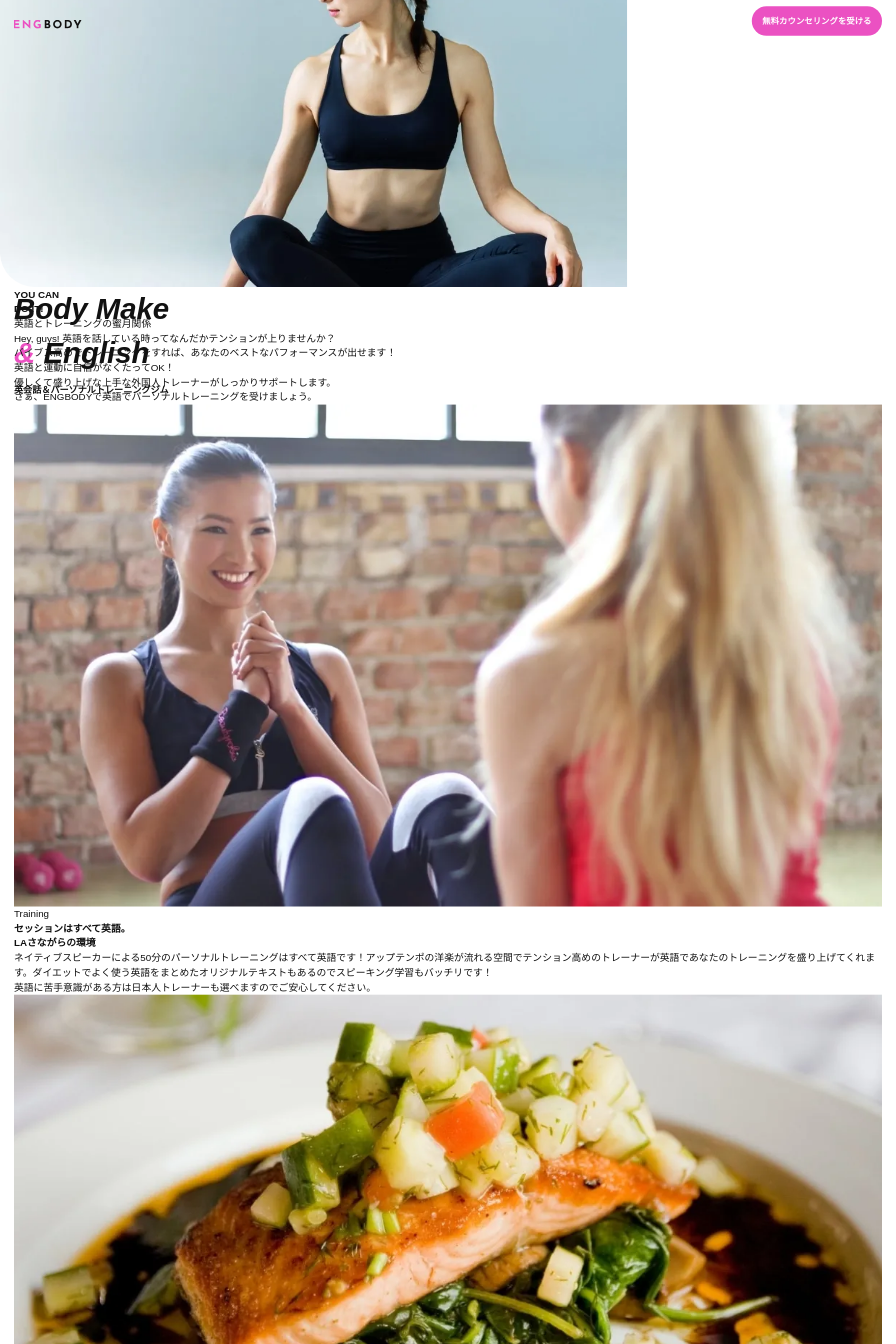
Repository: tetishi/engbody
Page: index.html
An editor plug-in stored every save of this project. The page is shown before and after the next save, followed by the edit.
The browser window is 1280 px wide. The pictures show the part of the page from y = 0 to 1920 px (the page is 12355 px tall), at 70% of full size.
The style sheet was rebuilt from its Sass, Less or Tailwind sources for each picture, by a compiler version that may differ from the author's.

Above is the page before, as saved 2023-07-26 00:19:00.

After the next save:
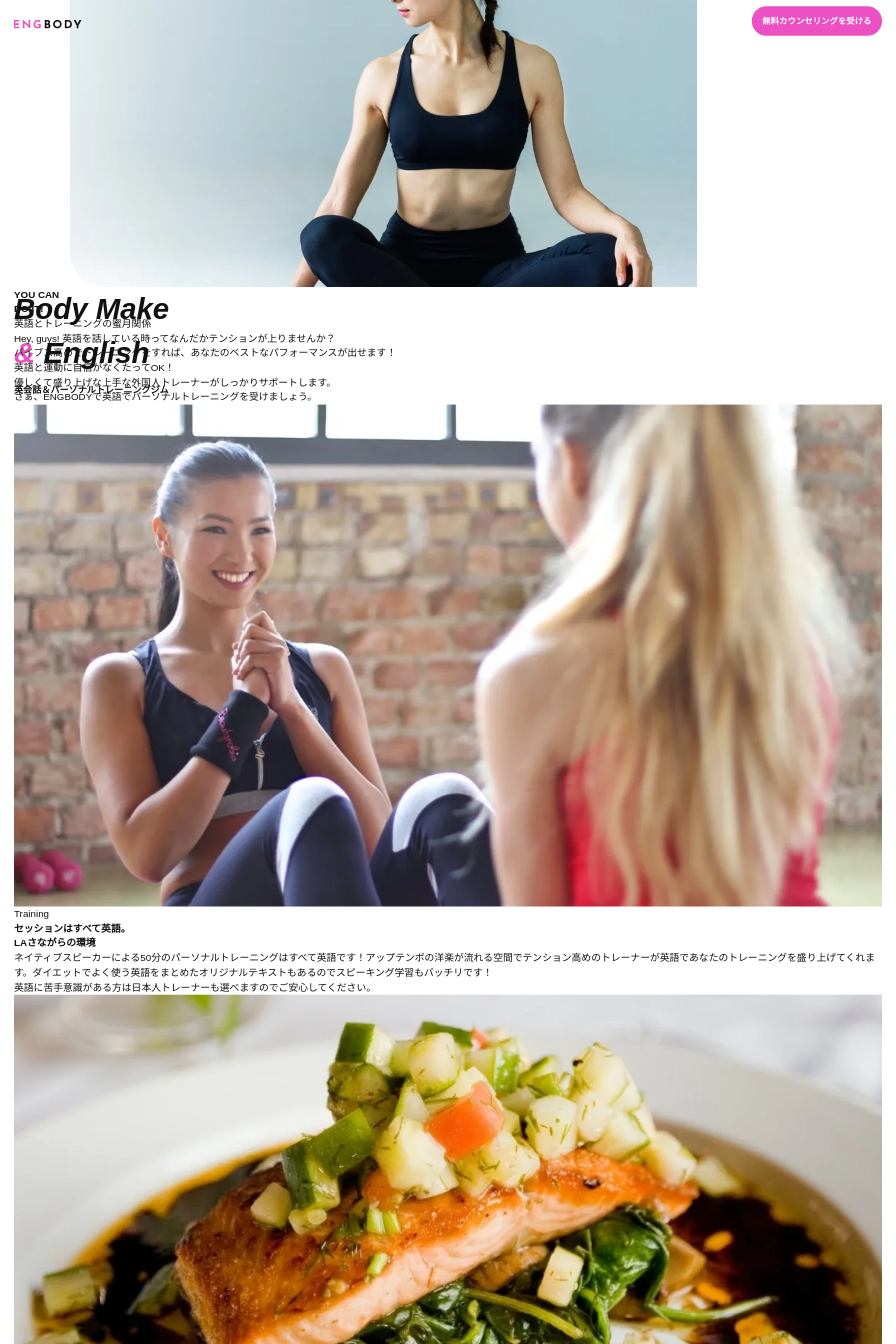
Saved 2 min 46 s later.
--- a/css/style.scss
+++ b/css/style.scss
@@ -76,8 +76,8 @@ a {
     background-size: cover;
     background-repeat: no-repeat;
     border-radius: 0 0 0 50px;
-    // position: relative;
-    // left: 100px;
+    position: relative;
+    left: 100px;
     width: 70%;
     height: 410px;
 
